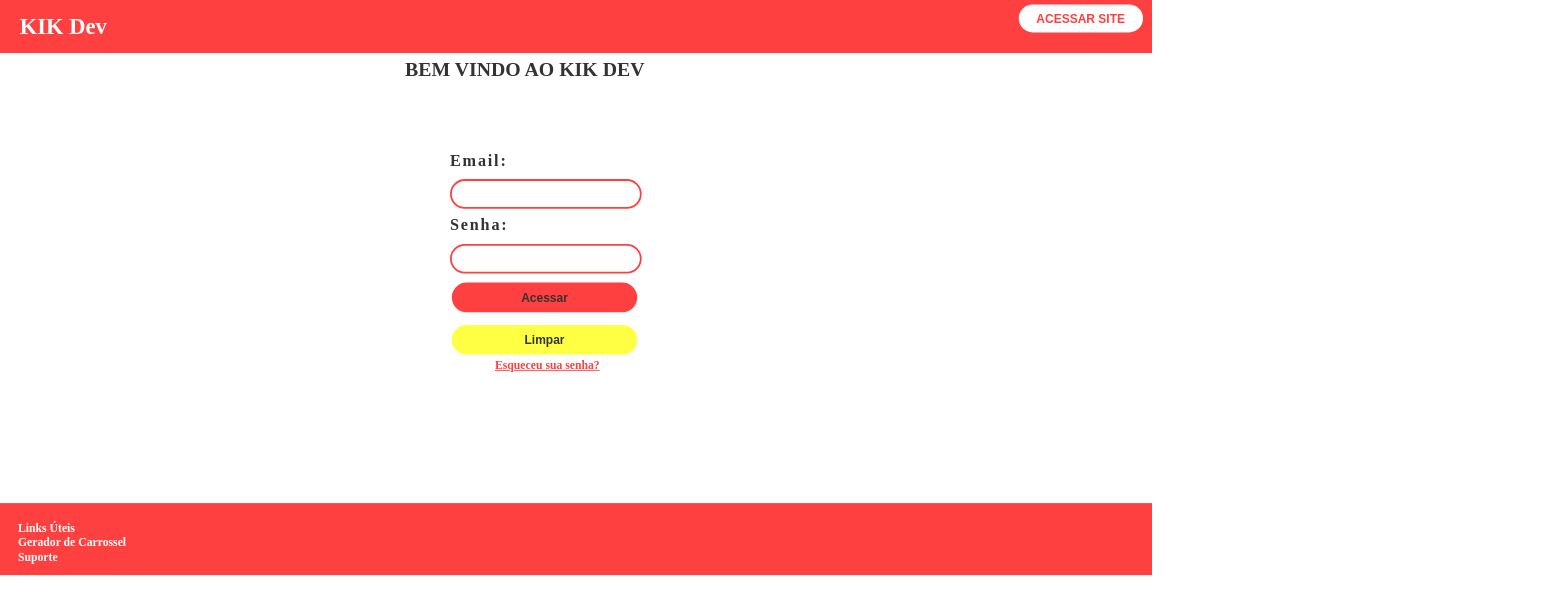
Repository: devgabrielvieira/kikdev
Page: index.html
These files come from the project's save history. The page is drawn as it stood at one moment and after the next save; the edit follows.
The browser window is 1280 px wide. The page is 1280 px wide, then 1730 px, then 1280 px, so the pictures cover 1730 px, including what lies to the right of the window. The pictures show the whole page, at 90% of full size.

Above is the page before, as saved 2022-10-30 20:50:22.

After the next save:
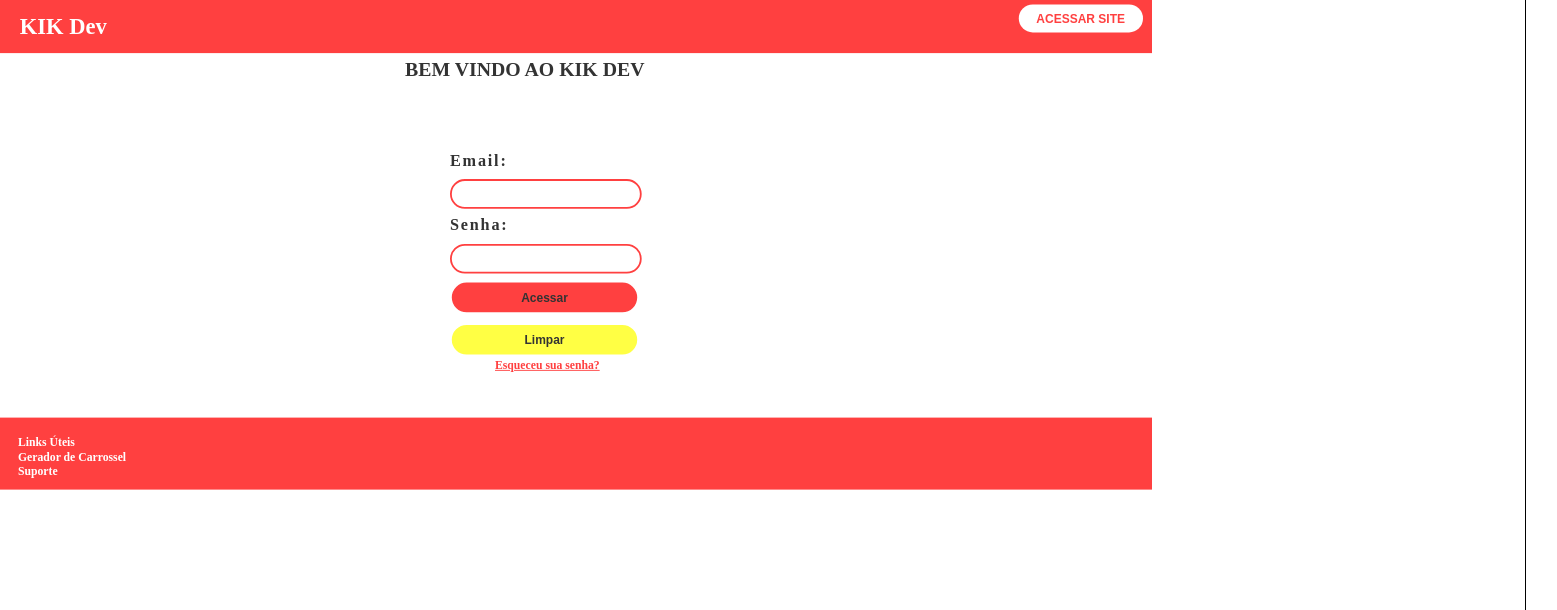
Saved 42 s later.
--- a/style.css
+++ b/style.css
@@ -87,7 +87,7 @@
   color: #fff;
 }
 
-.conteudo {
+conteudo {
   width: 100%;
   height: 450px;
   overflow: hidden;

After the save that followed:
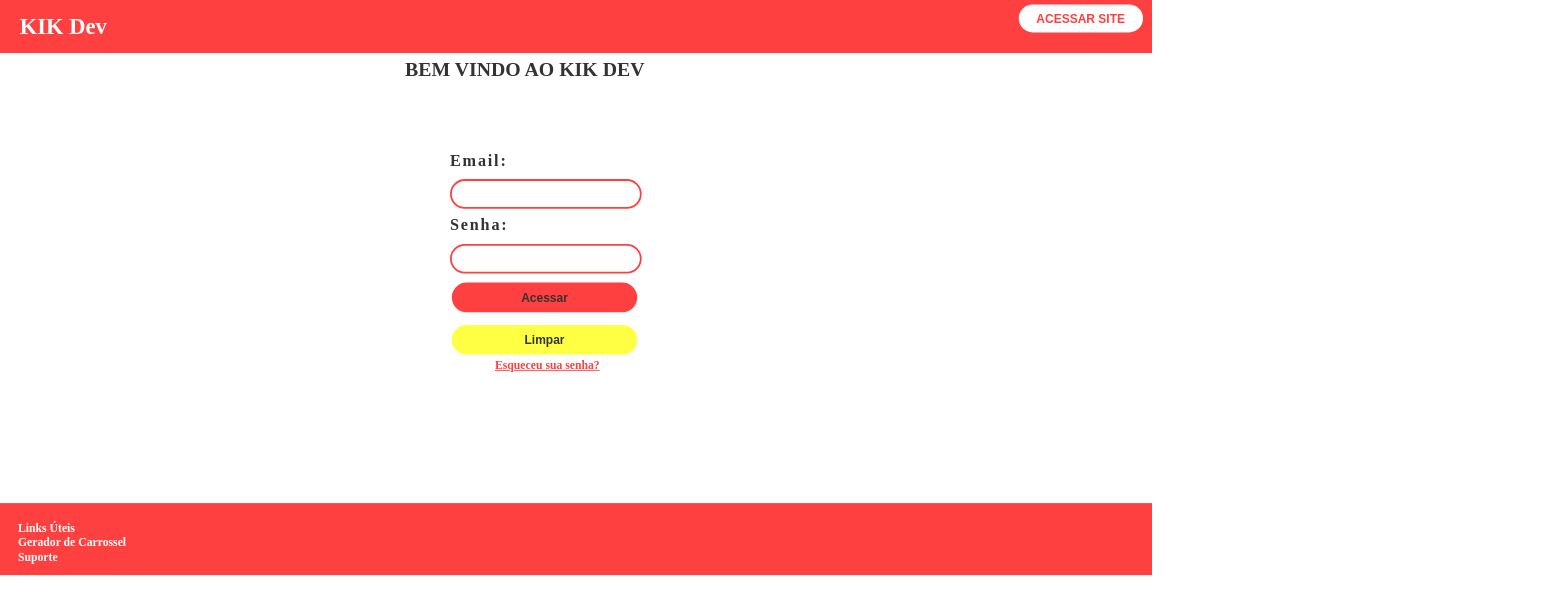
Saved 9 s later.
--- a/style.css
+++ b/style.css
@@ -87,7 +87,7 @@
   color: #fff;
 }
 
-conteudo {
+.conteudo {
   width: 100%;
   height: 450px;
   overflow: hidden;
